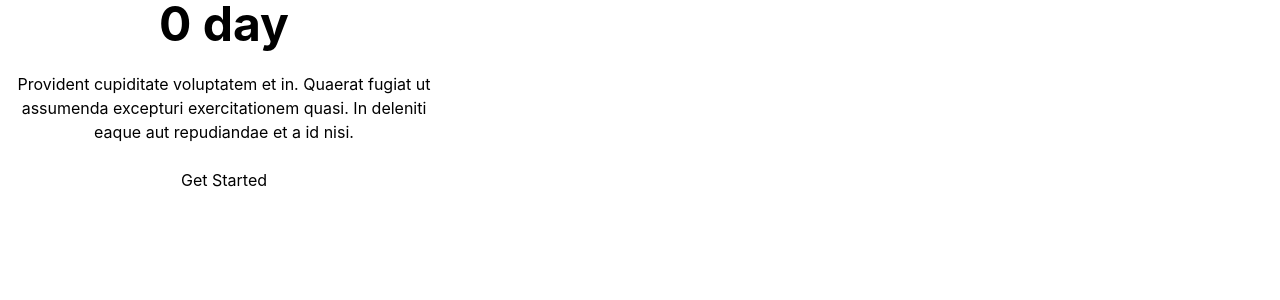
Repository: RahmanRakib9/TwentyOne
Page: /
These files come from the project's save history. The page is drawn as it stood at one moment and after the next save; the edit follows.
The browser window is 1280 px wide. The pictures show the whole page.
The project was rebuilt for these pictures with package versions that can differ from the ones it lists, and the page was loaded fresh each time.

Above is the page before, as saved 2022-10-13 17:43:13.

After the next save:
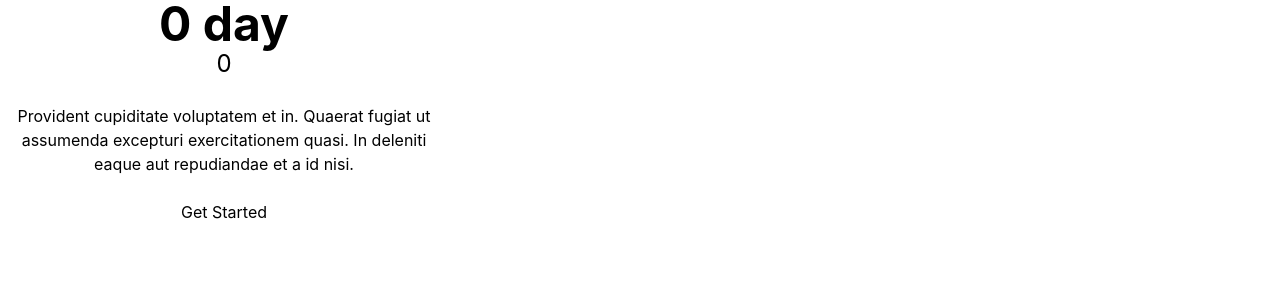
Saved 6 s later.
--- a/src/components/Timer.js
+++ b/src/components/Timer.js
@@ -8,7 +8,7 @@ const Timer = () => {
       <div class="hero-content text-center">
         <div class="max-w-md">
           <h1 class="text-5xl font-bold">{day} day</h1>
-          <h3 className="text-2xl">{}</h3>
+          <h3 className="text-2xl">{hour}</h3>
           <p class="py-6">
             Provident cupiditate voluptatem et in. Quaerat fugiat ut assumenda
             excepturi exercitationem quasi. In deleniti eaque aut repudiandae et
